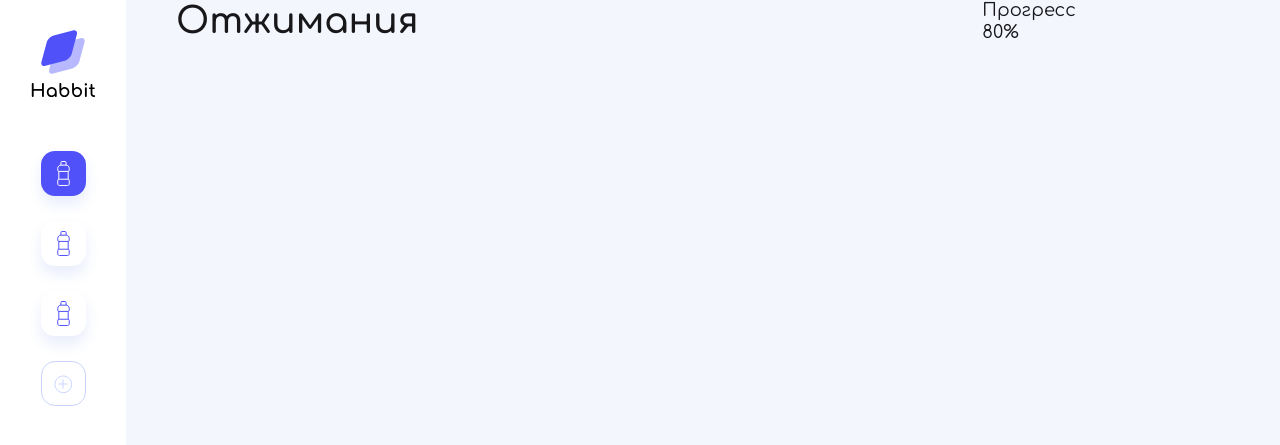
Repository: alexboagreek/hobbit
Page: index.html
An editor plug-in stored every save of this project. The page is shown before and after a run of saves, followed by the edit.
The browser window is 1280 px wide. The pictures show the whole page.

Above is the page before, as saved 2022-11-23 12:29:23.

### index.html
<!DOCTYPE html>
<html lang="en">
  <head>
    <meta charset="UTF-8" />
    <meta http-equiv="X-UA-Compatible" content="IE=edge" />
    <meta name="viewport" content="width=device-width, initial-scale=1.0" />
    <link rel="icon" href="assets/icons/favicon.png" size="32X32" type="image/png">
    <link rel="preconnect" href="https://fonts.googleapis.com">
    <link rel="preconnect" href="https://fonts.gstatic.com" crossorigin>
    <link href="https://fonts.googleapis.com/css2?family=Comfortaa:wght@400;600&family=Nunito:wght@300;500;600;900&display=swap" rel="stylesheet">
    <link rel="stylesheet" href="styles/style.css">
    <script src="scripts/script.js"></script>
    <title>Hobbit App</title>
  </head>
  <body>
    <main>
        <h1 class="visually-hidden">Working...</h1>
        <div class="app">
            <div class="panel">
                <img class="logo" src="assets/images/logo.svg" alt="logotype Hobbit App" />
                <nav class="menu">
                    <div class="menu__list">
                        <button class="menu__item menu__item_active">
                            <img src="assets/icons/water-icon.svg" alt="water">
                        </button>
                        <button class="menu__item">
                            <img src="assets/icons/water-icon.svg" alt="water">
                        </button>
                        <button class="menu__item">
                            <img src="assets/icons/water-icon.svg" alt="water">
                        </button>
                    </div>
                    <button class="menu__add">
                        <img src="assets/icons/add-icon.svg" alt="add Hobbit button">
                    </button>
                </nav>
            </div>
            <div class="content">
                <header class="header">
                    <h1>Отжимания</h1>
                    <div class="progress">
                        <div class="progrss__text">
                            <div class="progress__name">Прогресс</div>
                            <div class="progress__percent">80%</div>
                        </div>
                        <div class="progress__bar">
                            <div class="progress__cover-bar"></div>
                        </div>
                    </div>
                </header>
            </div>
        </div>
    </main>
  </body>
</html>

### styles/style.css
@import 'normalize.css';
@import 'default.css';

.app {
    display: flex;
    gap: 50px;
}

.logo {
    margin-bottom: 50px;
}

.panel {
    background-color: #fff;
    min-height: 100vh;
    padding: 30px;
}

.menu {
    display: flex;
    flex-direction: column;
    gap: 25px;
    margin: 0 auto;
}

.menu__list {
    display: flex;
    flex-direction: column;
    gap: 25px;
    justify-content: center;
    margin: 0 auto;
}
.menu__item {
    display: flex;
    align-items: center;
    justify-content: center;
    background-color: #FFFFFF;
    box-shadow: 0px 8px 14px rgba(62, 107, 224, 0.12);
    border-radius: 14px;
    width: 45px;
    height: 45px;
}

.menu__item:hover {
    transition: all 0.6s ease-in-out;
    background-color: #6A6AFB;
}

.menu__item:hover img {
    filter: brightness(0) invert(1);
}

.menu__add {
    display: flex;
    margin: 0 auto;
    border: 1px solid #CAD5FF;
    border-radius: 14px;
    width: 45px;
    height: 45px;
    justify-content: center;
    align-items: center;
}

.menu__item_active {
    background-color: #5051F9;
}
.menu__item_active img {
    filter: brightness(0) invert(1);
}

.menu__add:hover {
    background-color: #E7EBFF;
}
.content {
    min-width: 900px;
}
.header {
    display: flex;
    justify-content: space-between;
}

### styles/default.css
/* @font-face {
    font-family: Comfortaa;
    src: url('../assets/fonts/inter_cyrillic-regular.woff2') format(woff2),
    url('../assets/fonts/inter_cyrillic-regular.woff') format(woff);
    font-display: swap;
    font-weight: 500;
} */

html {
    box-sizing: border-box;
    position: relative;
    overflow-x: hidden;
    scroll-behavior: smooth;
}

*, *::after, *::before{
    box-sizing: inherit;
}

body {
    position: relative;
    margin: 0;
    font-family: 'Comfortaa', sans-serif;
    font-size: 18px;
    font-weight: 500;
    line-height: 1.2;
    color: #18171A;
    background-color: #F3F6FD;
}

h1, h1,h3, p, ul {
    margin: 0;
}

ul {
    padding: 0;
    list-style: none;
}

button {
    padding: 0;
    cursor: pointer;
    background-color: transparent;
    border: none;
    font: inherit;
}

input, button, textarea {
    font: inherit;
}

a {
    color: inherit;
    text-decoration: none;
}

img, svg {
    display: block;
    max-width: 100%;
    height: auto;
    object-fit: cover;
}

.container {
    max-width: 1180px;
    margin: 0 auto;
    padding: 0 72px;
}

.visually-hidden {
    height: 0;
    width: 0;
    transform: scale(0);
}

input[type="search"]::-webkit-search-cancel-button {
    display: none;
}

Loaded but not shown: styles/normalize.css (library); scripts/script.js (no copy from this time; the picture is the same without it)

After the next 3 saves:
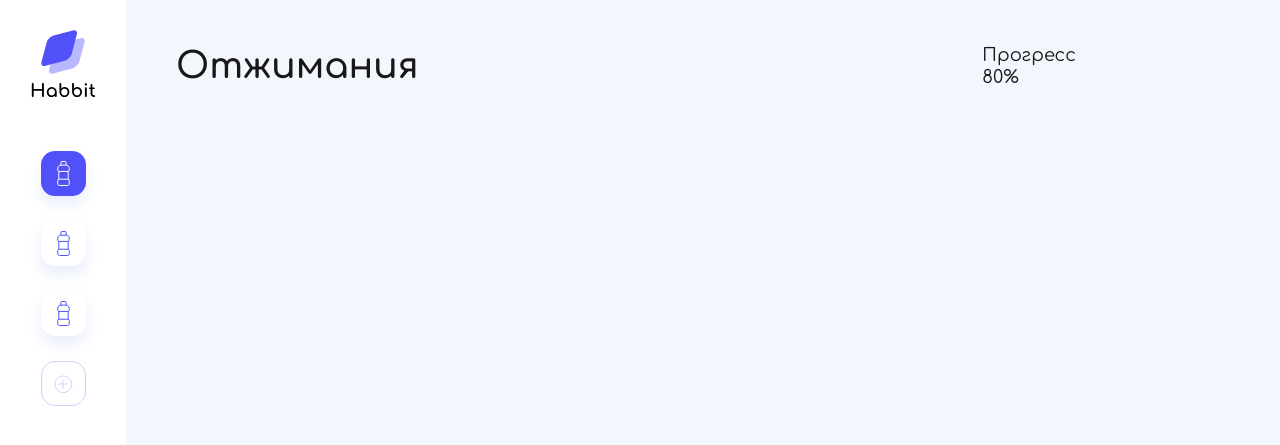
The 3 saves are shown as one change because they came seconds apart.
The last was saved 63 s later.
--- a/styles/style.css
+++ b/styles/style.css
@@ -73,6 +73,7 @@
 }
 .content {
     min-width: 900px;
+    margin-top: 45px;
 }
 .header {
     display: flex;
